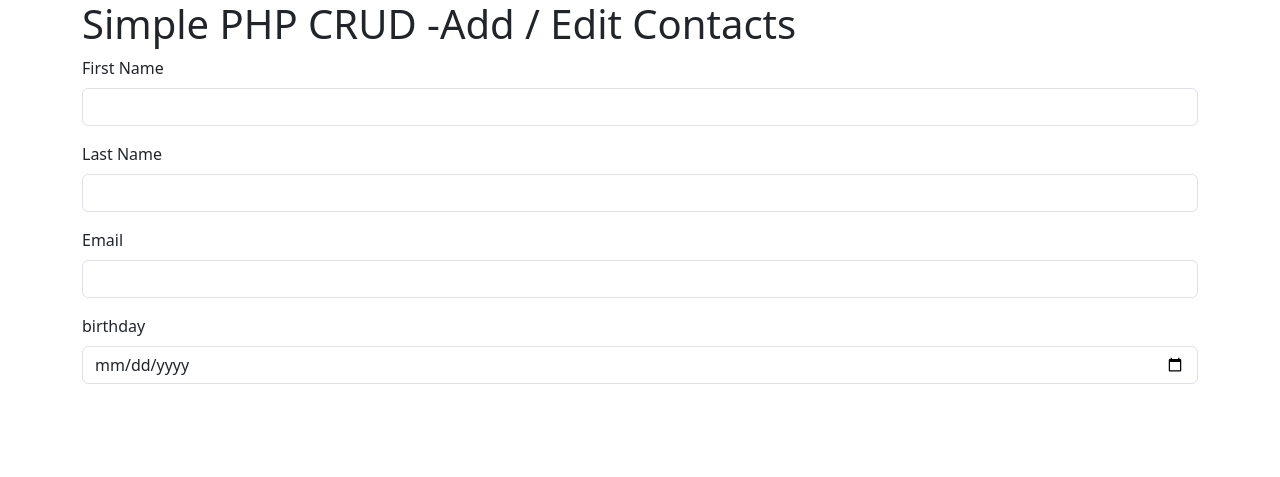
Repository: mennaabdelelhady/PHP-CRUD
Page: http://localhost/add_edit.php
The author's editor kept a copy of each file at every save. The page is drawn from the files as they stood at one save, then again after the next save.
The browser window is 1280 px wide. The pictures show the whole page.
The page is run by PHP 8.4 with error messages shown; the project is at /var/www/html/.

Above is the page before, as saved 2024-12-30 03:54:21.

After the next save:
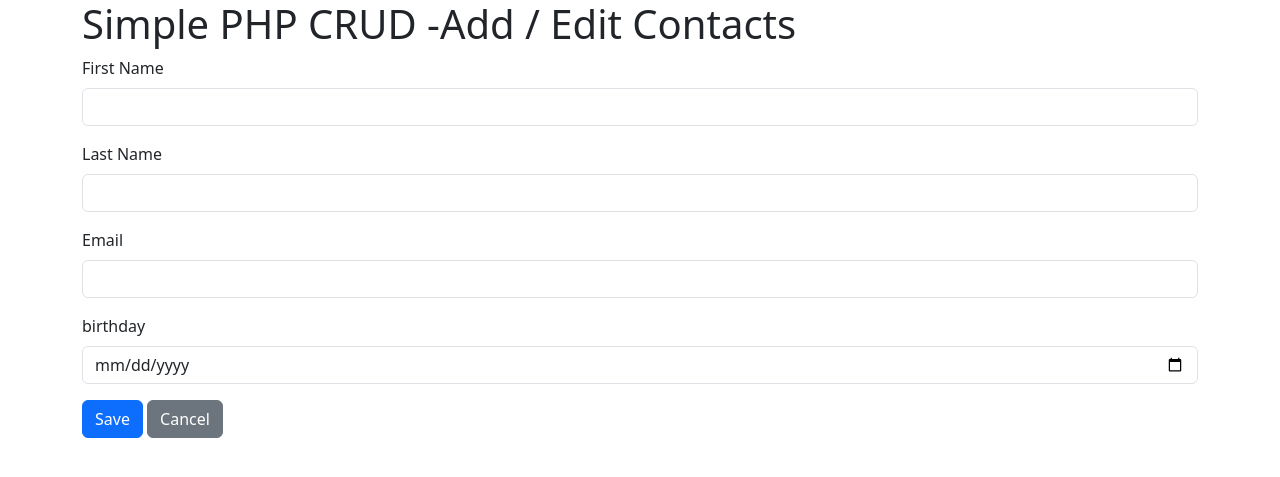
Saved 3 min 31 s later.
--- a/public/add_edit.php
+++ b/public/add_edit.php
@@ -17,19 +17,27 @@ $title ="Simple PHP CRUD -Add / Edit Contacts";
     <form action="">
         <div class="mb-3">
             <label for="name_first" class="form-label">First Name</label>
-            <input type="text" class="form-control" id="name_first" name="first_name">
+            <input type="text" class="form-control" id="name_first" \
+            name="first_name">
         </div>
         <div class="mb-3">
             <label for="name_last" class="form-label">Last Name</label>
-            <input type="text" class="form-control" id="name_last" name="last_name">
+            <input type="text" class="form-control" id="name_last"
+            name="last_name">
         </div>
         <div class="mb-3">
             <label for="email" class="form-label">Email</label>
-            <input type="text" class="form-control" id="email" name="email">
+            <input type="text" class="form-control" id="email"
+            name="email">
         </div>
         <div class="mb-3">
             <label for="birthday" class="form-label">birthday</label>
-            <input type="date" class="form-control" id="birthday" name="birthday">
+            <input type="date" class="form-control" id="birthday"
+            name="birthday">
+        </div>
+        <div class="mb-3">
+            <button type="submit" class="btn btn-primary">Save</button>
+            <a href="index.php" class="btn btn-secondary">Cancel</a>
         </div>
     </form>
 </body>
